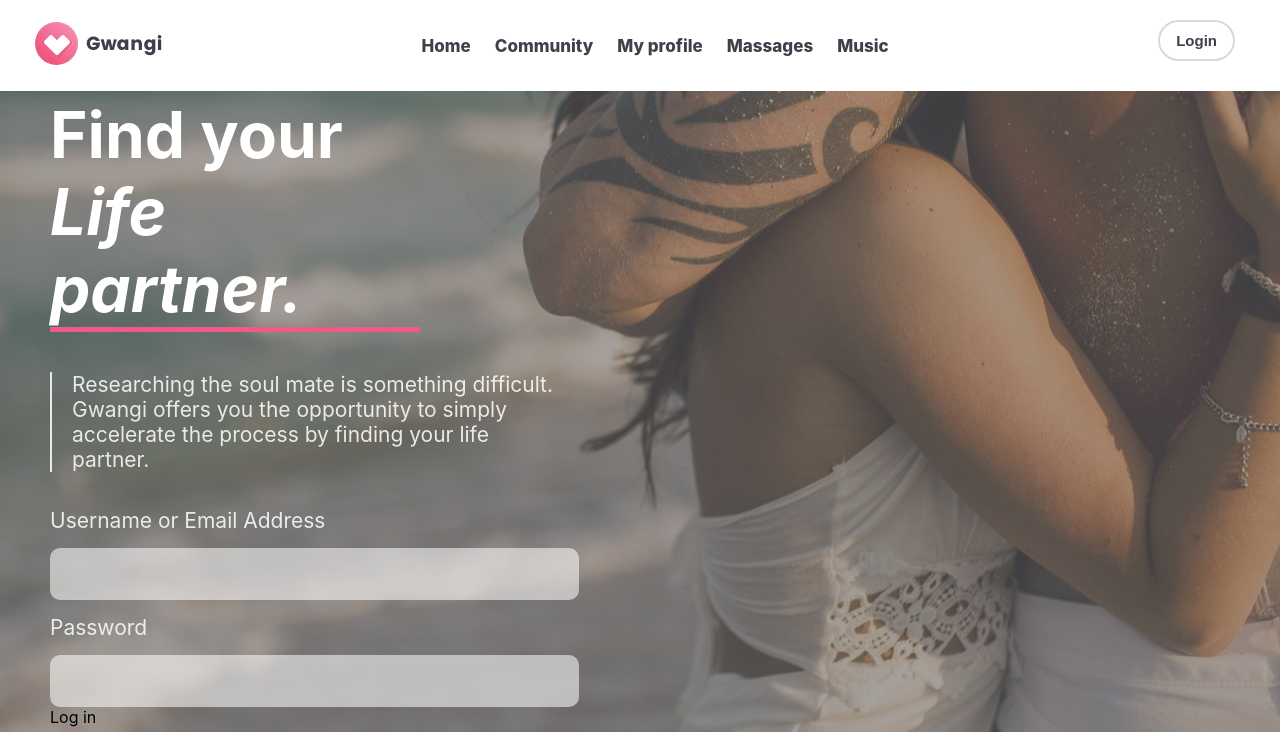
Repository: ShokunLiubov/Soc-Network-React
Page: /login
An editor plug-in stored every save of this project. The page is shown before and after the next save, followed by the edit.
The browser window is 1280 px wide. The pictures show the whole page.
The project was rebuilt for these pictures with package versions that can differ from the ones it lists, and the page was loaded fresh each time. Also part of the build but not shown: src/components/common/Paginator/Paginator.module.css, src/components/common/Paginator/Paginator.jsx, src/components/Community/Community.module.css, src/components/Community/Friend/Friend.jsx, src/components/Community/Community.jsx, src/components/common/Preloader/Preloader.jsx, src/components/Community/CommunityContainer.jsx, src/components/Dialogs/Dialogs.module.css and 14 more.

Above is the page before, as saved 2022-08-24 18:11:09.

### src/index.js
import reportWebVitals from './reportWebVitals';
import store from './redux/redux-store';
import React from 'react';
import ReactDOM from 'react-dom/client';
import './index.css';
import App from './App';
import { BrowserRouter } from 'react-router-dom';
import { Provider } from 'react-redux'

const root = ReactDOM.createRoot(document.getElementById('root'));

  root.render(

      <BrowserRouter>
        <Provider store={store}>
          <App />
        </Provider>
      </BrowserRouter>


  );


// If you want to start measuring performance in your app, pass a function
// to log results (for example: reportWebVitals(console.log))
// or send to an analytics endpoint. Learn more: https://bit.ly/CRA-vitals
reportWebVitals();

### src/redux/redux-store.js
import {combineReducers, legacy_createStore as createStore} from "redux"
import dialogsReducer from "./dialogs-reducer"
import profileReducer from "./profile-reducer"
import communityReducer from "./community-reducer"
import authReducer from "./auth-reducer"

let reducers = combineReducers({
    profilePage : profileReducer,
    dialogsPage : dialogsReducer,
    communityPage : communityReducer,
    auth: authReducer
})

let store = createStore(reducers)

export default store;

### src/App.js
import React from 'react';
import { Routes, Route } from "react-router-dom";
import './App.css';
import Registration from './components/Auth/Registration/Registration';
import CommunityContainer from './components/Community/CommunityContainer';
import DialogsContainer from './components/Dialogs/DialogsContainer';
import Home from './components/Home/Home';
import Music from './components/Music/Music';
import Navbar from './components/Navbar/Navbar';
import ProfileContainer from './components/Profile/ProfileContainer';

function App(props) {
  return (

    <div className='app-wrapper'>
      <Navbar />
      <Routes>
        <Route path='/home/*' element={<Home />} />

        <Route path='/community/*' element={<CommunityContainer />} />

        <Route path='/profile/:id' element={<ProfileContainer />} />
        <Route path='/profile/*' element={<ProfileContainer />} />

        <Route path='/dialogs/*' element={<DialogsContainer />} />

        <Route path='/music/*' element={<Music />} />

        <Route path='/login/*' element={<Registration />} />

      </Routes>

    </div>

  );
}

export default App;

### src/redux/dialogs-reducer.js
const SAND_MASSAGE = 'SAND-MASSAGE'
const UPDATE_NEW_MASSAGE_TEXT = 'UPDATE-NEW-MASSAGE-TEXT'

let initialState = {
    dialogsData: [
        { id: 1, name: 'Vika', ava: './../images/ava-w1.jpeg' },
        { id: 2, name: 'Eugen', ava: './../images/ava-m2.png' },
        { id: 3, name: 'Liubov', ava: './../images/ava-w3.jpeg' },
        { id: 4, name: 'Max', ava: './../images/ava-m1.jpeg' },
        { id: 5, name: 'Nika', ava: './../images/ava-w2.webp' }
    ],
    massagesData: [
        { id: 1, massage: 'Hi' },
        { id: 2, massage: 'How are you?' },
        { id: 3, massage: 'I am okey!' }
    ],
    newMassageText: ''
}

const dialogsReducer = (state = initialState, action) => {

    switch (action.type) {
        case SAND_MASSAGE:
            let text = state.newMassageText
            return {
                ...state,
                newMassageText: '',
                massagesData: [...state.massagesData, {id: Date.now(),massage: text}]
            }

        case UPDATE_NEW_MASSAGE_TEXT:
            return {
                ...state,
                newMassageText: action.newText
            }

        default:
            return state
    }

}

export const sandMassage = () => ({ type: SAND_MASSAGE })

export const onMassageChange = (text) =>
    ({ type: UPDATE_NEW_MASSAGE_TEXT, newText: text })

export default dialogsReducer;

### src/redux/profile-reducer.js
const ADD_POST = 'ADD-POST'
const UPDATE_NEW_POST_TEXT = 'UPDATE-NEW-POST-TEXT'
const SET_USER_PROFILE = 'SET-USER-PROFILE'

let initialState = {
    userProfile: {},
    postsData: [
        { id: 1, massage: 'Hi, how are you?', countLikes: '12', time: '29 minutes ago' },
        { id: 2, massage: 'It is my first post', countLikes: '99+', time: 'yesterday' },
        { id: 3, massage: 'My name Liubov, I am wife Eugen', countLikes: '32', time: 'week ago' }
    ],
    newPostText: ''
}

const profileReducer = (state = initialState, action) => {
    switch (action.type) {
        case ADD_POST:
            let newPost = {
                id: Date.now(),
                massage: state.newPostText,
                countLikes: '0',
                time: new Date().toLocaleTimeString()
            }
            return {
                ...state,
                newPostText: '',
                postsData: [newPost, ...state.postsData]
            }

        case UPDATE_NEW_POST_TEXT:
            return {
                ...state,
                newPostText: action.newText
            }
        case SET_USER_PROFILE:
            return {
                ...state,
                userProfile: action.profile

            }
        default:
            return state
    }


}

export const addPost = () => ({ type: ADD_POST })

export const updateNewPostText = (text) =>
    ({ type: UPDATE_NEW_POST_TEXT, newText: text })

export const setUserProfile = (profile) =>
    ({ type: SET_USER_PROFILE, profile})


export default profileReducer;

### src/redux/community-reducer.js
const FOLLOW = 'FOLLOW'
const UN_FOLLOW = 'UN-FOLLOW'
const SET_USERS = 'SET-USERS'
const SET_PAGE = 'SET-PAGE'
const SET_USERS_TOTAL_COUNT = 'SET-USERS-TOTAL-COUNT'
const TOGGLE_IS_FETCHING = 'TOGGLE-IS-FETCHING'

let initialState = {
    userData: [ ],
    pageSize: 10,
    totalUsersCount: 0,
    currentPage: 1,
    currentPageSize: 1,
    isFetching: false
}
const communityReducer = (state = initialState, action) => {
    switch (action.type) {
        case FOLLOW:
            return {
                ...state,
                userData: state.userData.map (user => {
                    if(user.id === action.userID) {
                        return {...user, followed: true}
                    }
                    return user
                })
            }
        case UN_FOLLOW:
            return {
                ...state,
                userData: state.userData.map (user => {
                    if(user.id === action.userID) {
                        return {...user, followed: false}
                    }
                    return user
                })
            }
        case SET_USERS:
            return {
                ...state,
                userData: action.users
            }
        case SET_PAGE:
            return {
                ...state,
                currentPage: action.page
                }
        case SET_USERS_TOTAL_COUNT:
            return {
                ...state,
                totalUsersCount: action.UsersTotalCount
            }
        case TOGGLE_IS_FETCHING:
            return {
                ...state,
                isFetching: action.isFetching
            }
        default:
            return state
    }
}

export const follow = (userID) => ({ type: FOLLOW, userID })

export const unFollow = (userID) => ({ type: UN_FOLLOW, userID })

export const setUsers = (users) => ({ type: SET_USERS, users })

export const setPage = (page) => ({ type: SET_PAGE, page })

export const setUsersTotalCount = (UsersTotalCount) => ({ type: SET_USERS_TOTAL_COUNT, UsersTotalCount })

export const toggleFetching = (isFetching) => ({ type: TOGGLE_IS_FETCHING, isFetching })

export default communityReducer;


// Создать кнопки prev next
// if(currentPage > 1) { prev
// } минус 1  при отрисовки подставляться значения, исключение первая страница
// Отображать в пагинации 5 стр и одну последнюю , учесть если будет меньше 5 стр

### src/redux/auth-reducer.js
const SET_USER_DATA = 'SET-USER-DATA'
// const UN_FOLLOW = 'UN-FOLLOW'

let initialState = {
    userId: undefined,
    email: undefined,
    login: undefined,
    isFetching: false
}
const authReducer = (state = initialState, action) => {
    switch (action.type) {
        case SET_USER_DATA:
            return {
                ...state,
                ...action.data
            }
        // case TOGGLE_IS_FETCHING:
        //     return {
        //         ...state,
        //         isFetching: action.isFetching
        //     }
        default:
            return state
    }
}

export const setUserData = (userId, email, login) => ({ type: SET_USER_DATA, data: {userId, email, login} })

// export const toggleFetching = (isFetching) => ({ type: TOGGLE_IS_FETCHING, isFetching })

export default authReducer;

### src/components/Auth/Registration/Registration.jsx
import React from 'react';
import styles from './Registration.module.css'

const Registration = () => {
    return (
        <div className={styles.background}>
            <div className={styles.registration}>
                <div className={styles.title}>Find your<br />
                    <i>Life partner.</i></div>
                <p className={styles.excerption}>Researching the soul mate is something difficult. Gwangi offers you the opportunity to simply accelerate the process by finding your life partner.</p>
                <form>
                    <div className={styles.username}>
                        <label>Username or Email Address</label>
                        <input type="text"/>
                    </div>
                    <div className={styles.password}>
                        <label>Password</label>
                        <input type="password"/>
                    </div>
                    <span className={styles.button}>Log in</span>
                </form>
            </div>

        </div>
    )
}

export default Registration;

### src/components/Dialogs/DialogsContainer.jsx
import React from 'react';
import { sandMassage, onMassageChange } from '../../redux/dialogs-reducer';
import Dialogs from './Dialogs';
import { connect } from 'react-redux'


let mapStateToProps = (state) => {
    return {
        dialogsData: state.dialogsPage.dialogsData,
        massagesData: state.dialogsPage.massagesData,
        newMassageText: state.dialogsPage.newMassageText
    }
}

const DialogsContainer = connect(mapStateToProps, { sandMassage, onMassageChange })(Dialogs)

export default DialogsContainer;

### src/components/Navbar/Navbar.jsx
import React from 'react';
import { NavLink } from 'react-router-dom';
import styles from './Navbar.module.css'

const Navbar = () => {
    return (
        <div className={styles.navbar}>
            {/* LOGO */}
            <div className={styles.logo}><img src='./../images/logotype.png' /></div>
             {/* LOGO */}

            {/* MENU */}
            <nav className={styles.menu}>
                <div className={styles.item}>
                    <NavLink to='/home' className={navData => navData.isActive ? styles.active : styles.item}>Home</NavLink>
                </div>
                <div className={styles.item}>
                    <NavLink to='/community' className={navData => navData.isActive ? styles.active : styles.item}>Community</NavLink>
                </div>
                <div className={styles.item}>
                    <NavLink to='/profile' className={navData => navData.isActive ? styles.active : styles.item}>My profile</NavLink>
                </div>
                <div to='/dialogs' className={styles.item}>
                    <NavLink to='/dialogs' className={navData => navData.isActive ? styles.active : styles.item}>Massages</NavLink>
                </div>
                <div className={styles.item}>
                    <NavLink to='/music' className={navData => navData.isActive ? styles.active : styles.item}>Music</NavLink>
                </div>
            </nav>
            {/* MENU */}

            {/* LOGIN */}
            <NavLink to='/login' className={styles.login}>
                <button className='button'>Login</button>
            </NavLink>
            {/* LOGIN */}

        </div>
    )
}

export default Navbar;

### src/components/Auth/Registration/Registration.module.css
.background {
    background-image: url(./../../../../public/images/registration-bgr.jpeg);
    background-repeat: no-repeat;
    background-position: center;
    width: 100%;
    height: 89vh;
    position: relative;
    display: flex;
    align-items: center;
}

.background::before {
    content: " ";
    width: 100%;
    height: 89vh;
    background-color: #696a6e99;
    position: absolute;
    z-index: 1;
}

.registration {
    margin-left: 50px;
    position: relative;
    z-index: 20;
}

.title {
    color: #ffffff;
    font-size: 64px;
    max-width: 370px;
    font-weight: 700;
    border-bottom: 5px solid #ef5b86;
}

.excerption {
    margin-top: 40px;
    color: rgba(255, 255, 255, 0.85);
    font-size: 21px;
    max-width: 40%;
    padding: 0px 20px;
    border-left: 2px solid rgba(255, 255, 255, 0.85);
}

/* FORM */
.username,
.password {
    display: flex;
    flex-direction: column;
    max-width: 43%;
    color: rgba(255, 255, 255, 0.85);
}

.username input,
.password input {
    background-color: #ffffff8c;
    border-radius: 10px;
    border: none;
    height: 50px;
}

.username label,
.password label {
    margin: 15px 0;
    font-size: 21px;
}
/* FORM */

### src/components/Navbar/Navbar.module.css
.navbar {
    display: flex;
    justify-content: space-between;
    align-items: center;
    padding: 20px 35px;
    background-color: #ffffff;
}

.logo {
    cursor: pointer;
}

.menu {
    display: flex;
}

.item a {
    margin: 0 12px;
    font-size: 17px;
    color: #3e404a;
    font-weight: 800;
    cursor: pointer;
    text-decoration: none;
}

.item a.active {
    color: #ef5b86;
}

.login {
    text-decoration: none;
}

### src/components/Profile/Profile_body/MyPosts/Post/Post.module.css
.post {
    background-color: #ffffff;
    border: 1px solid #e8e8e9;
    border-radius: 10px;
    margin: 50px 0;
    position: relative;
    width: 70%;
    min-height: 100px;
}

.personInfo img {
    position: absolute;
    top: -20px;
    left: -20px;
    width: 80px;
    height: 80px;
    object-fit: cover;
    border-radius: 10px;
}

.personInfo {
    display: flex;
}

.postInfo {
    margin: 10px 80px;
}

.nickname {
    color: #3e404a;
    font-size: 18px;
    font-weight: 700;
}

.time {
    color: #9da6b0;
    font-size: 12px;
    font-weight: 600;
    margin-top: 5px;
}

.massage {
    color: #9ca6af;
    font-size: 15px;
    font-weight: 700;
    margin: 10px 80px;
}

.like {
    width: 100%;
    display: flex;
    justify-content: end;
}

button{
    background: none;
    border: none;
    display: flex;
    align-items: center;
    margin: 0 10px 10px;
}

.countLike {
    margin-left: 5px;
    color: #9da6b0;
    font-size: 12px;
    font-weight: 500;
}

Loaded but not shown: public/index.html (common file); src/reportWebVitals.js (common file); src/index.css (common file); src/App.css (common file); src/components/Home/Home.module.css (no stored copy; drawn as an empty file); src/components/Music/Music.module.css (no stored copy; drawn as an empty file); src/components/Profile/Profile.module.css (no stored copy; drawn as an empty file)

After the next save:
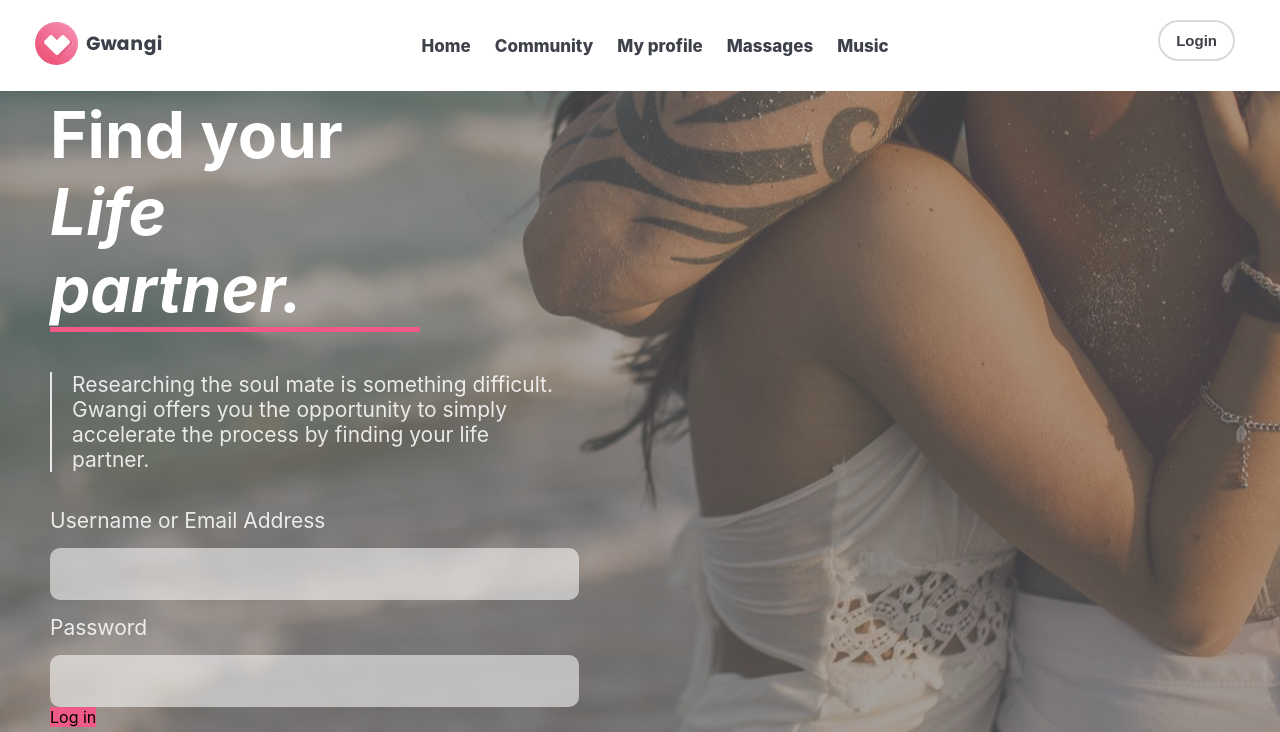
Saved 75 s later.
--- a/src/components/Auth/Registration/Registration.module.css
+++ b/src/components/Auth/Registration/Registration.module.css
@@ -63,4 +63,8 @@
     margin: 15px 0;
     font-size: 21px;
 }
+
+.button {
+    background-color: #ef5b86;
+}
 /* FORM */
